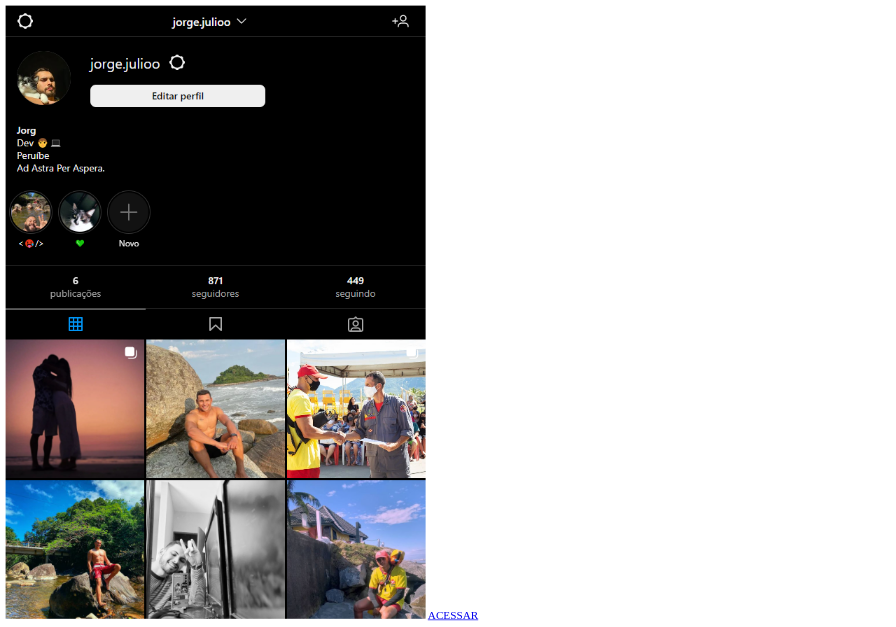
Repository: jorgprado/curso-html-css-Guanabara
Page: exec-pg-social/github.html
The author's editor kept a copy of each file at every save. The page is drawn from the files as they stood at one save, then again after the next save.
The browser window is 1280 px wide. The pictures show the whole page, at 70% of full size.

Above is the page before, as saved 2023-05-24 12:12:04.

### exec-pg-social/github.html
<!DOCTYPE html>
<html lang="en">
<head>
    <meta charset="UTF-8">
    <meta http-equiv="X-UA-Compatible" content="IE=edge">
    <meta name="viewport" content="width=device-width, initial-scale=1.0">
    <title>Github</title>
</head>
<body>
    <img src="estilo/imagens/instagram-Jorge.jpg" alt="Linkedin">
    <a class="git" href="https://github.com/jorgprado" target="_blank">ACESSAR</a>
</body>
</html>

### exec-pg-social/estilo/social.css
*{
    margin: 0px;
    padding: 0px;
    font-family: Arial, Helvetica, sans-serif;
    background-color:white;
}

::-webkit-scrollbar{
    width: 0px;
    height: 0px;
}

img{
    width: 100vw;
}

a.linke{
    width: 100vw;
    position: fixed;
    bottom: 0px;
    display: block;
    background-color:#0e76a8;
    color: white;
    padding: 10px;
    text-align: center;
    font-weight: bolder;
    text-decoration: none;
}

a.linke:hover{
    background-color: white;
    color: #0e76a8;
    transition: ease-in 100ms;
}

a.insta{
    width: 100vw;
    position: fixed;
    bottom: 0;
    display: block;
    background-image: linear-gradient( 70deg,#FB7323, #FE2147, #B4299C, #5137E6);
    color: white;
    padding: 10px;
    text-align: center;
    font-weight: bolder;
    text-decoration: none;
}

a.insta:hover{
    background-color: white;
    background-image: linear-gradient( 70deg,#FB7323, #FE2147, #B4299C, #5137E6);
    -webkit-background-clip: text;
    -webkit-text-fill-color: transparent;
    transition: ease-in 100ms;
}

a.git{
    width: 100vw;
    position: fixed;
    bottom: 0;
    display: block;
    background-image: linear-gradient( 70deg,#FB7323, #FE2147, #B4299C, #5137E6);
    color: white;
    padding: 10px;
    text-align: center;
    font-weight: bolder;
    text-decoration: none;
}

a.git:hover{
    background-color: white;
    background-image: linear-gradient( 70deg,#FB7323, #FE2147, #B4299C, #5137E6);
    -webkit-background-clip: text;
    -webkit-text-fill-color: transparent;
    transition: ease-in 100ms;
}

After the next save:
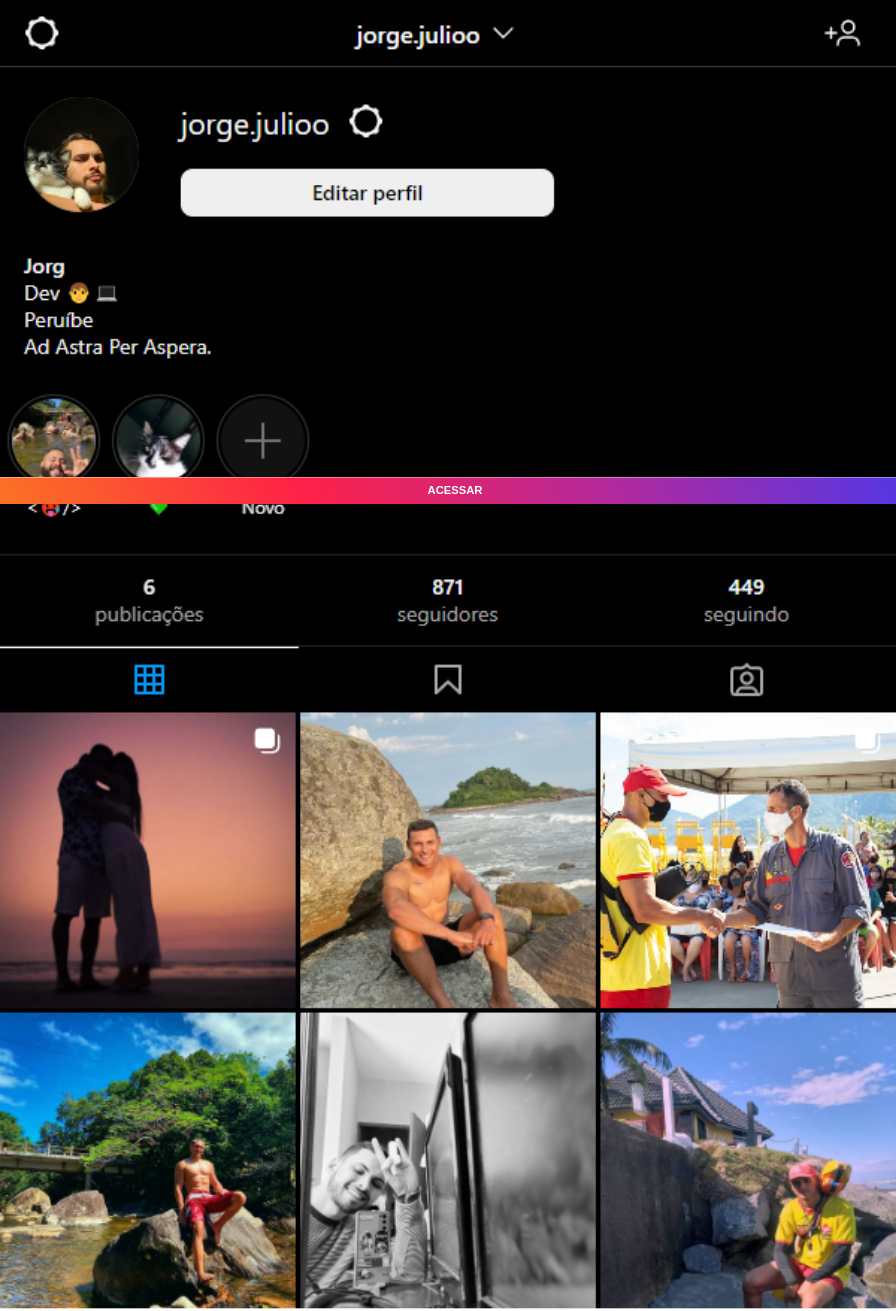
Saved 22 s later.
--- a/exec-pg-social/github.html
+++ b/exec-pg-social/github.html
@@ -4,6 +4,7 @@
     <meta charset="UTF-8">
     <meta http-equiv="X-UA-Compatible" content="IE=edge">
     <meta name="viewport" content="width=device-width, initial-scale=1.0">
+    <link rel="stylesheet" href="estilo/social.css">
     <title>Github</title>
 </head>
 <body>
